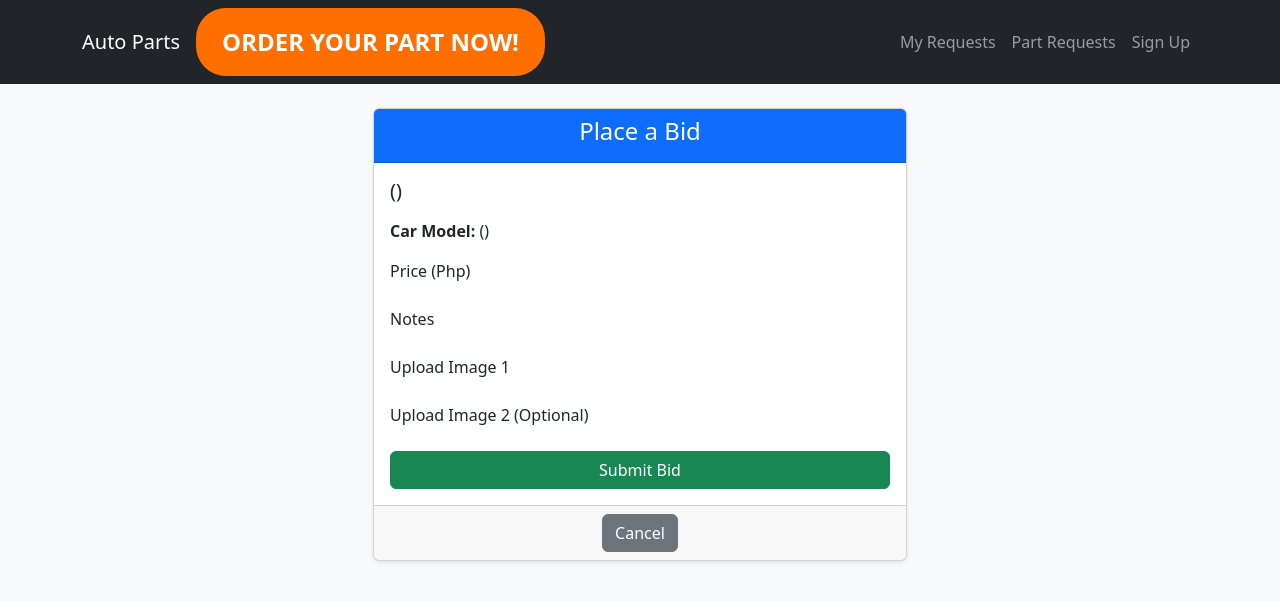
Repository: Jijiluzana225/onlineparts
Page: orders/templates/orders/place_bid.html
These files come from the project's save history. The page is drawn as it stood at one moment and after the next save; the edit follows.
The browser window is 1280 px wide. The pictures show the whole page.
The page is served by the project's application, run on Django 5.2 (manage.py). The template is opened directly, without the code that normally fills it, so the values that code supplies are empty.

Above is the page before, as saved 2025-02-19 15:52:07.

After the next save:
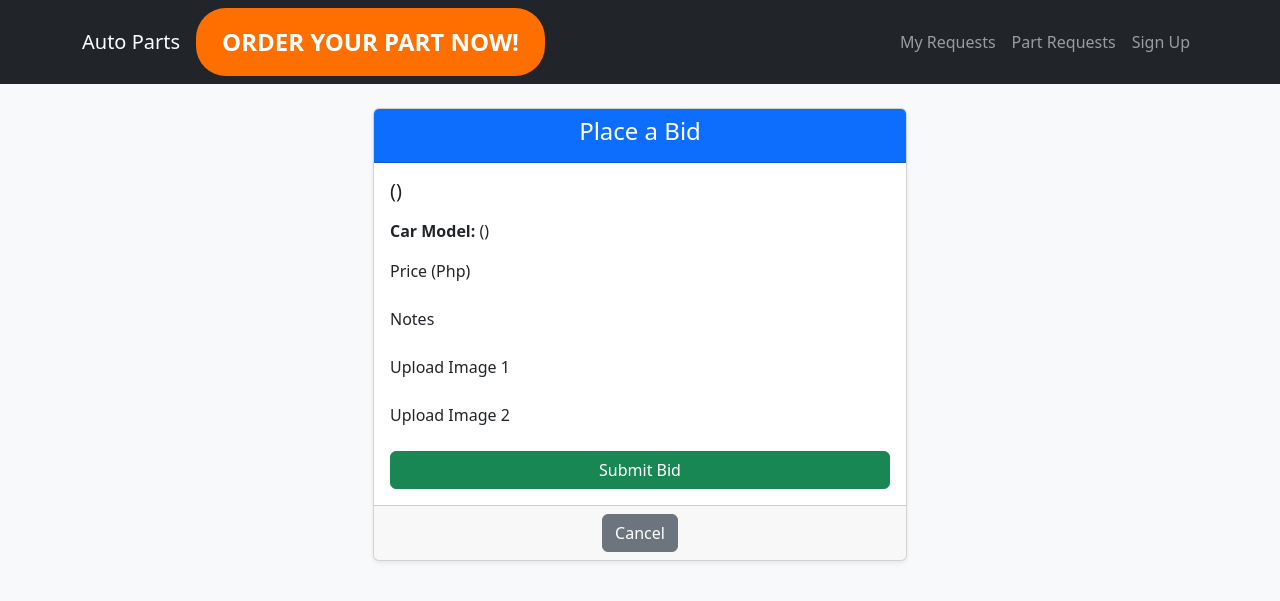
Saved 3 min 1 s later.
--- a/orders/templates/orders/place_bid.html
+++ b/orders/templates/orders/place_bid.html
@@ -27,7 +27,7 @@
                             {{ form.image1 }}
                         </div>
                         <div class="mb-3">
-                            <label class="form-label">Upload Image 2 (Optional)</label>
+                            <label class="form-label">Upload Image 2</label>
                             {{ form.image2 }}
                         </div>
                         <button type="submit" class="btn btn-success w-100">Submit Bid</button>

After the save that followed:
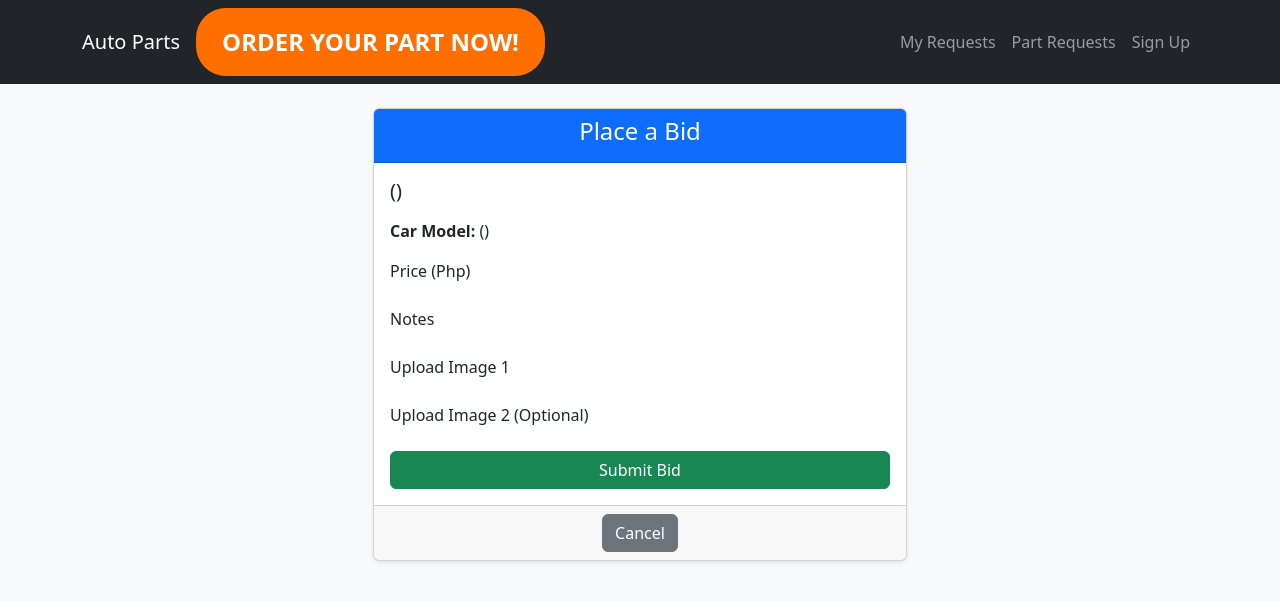
Saved 53 s later.
--- a/orders/templates/orders/place_bid.html
+++ b/orders/templates/orders/place_bid.html
@@ -27,7 +27,7 @@
                             {{ form.image1 }}
                         </div>
                         <div class="mb-3">
-                            <label class="form-label">Upload Image 2</label>
+                            <label class="form-label">Upload Image 2 (Optional)</label>
                             {{ form.image2 }}
                         </div>
                         <button type="submit" class="btn btn-success w-100">Submit Bid</button>
